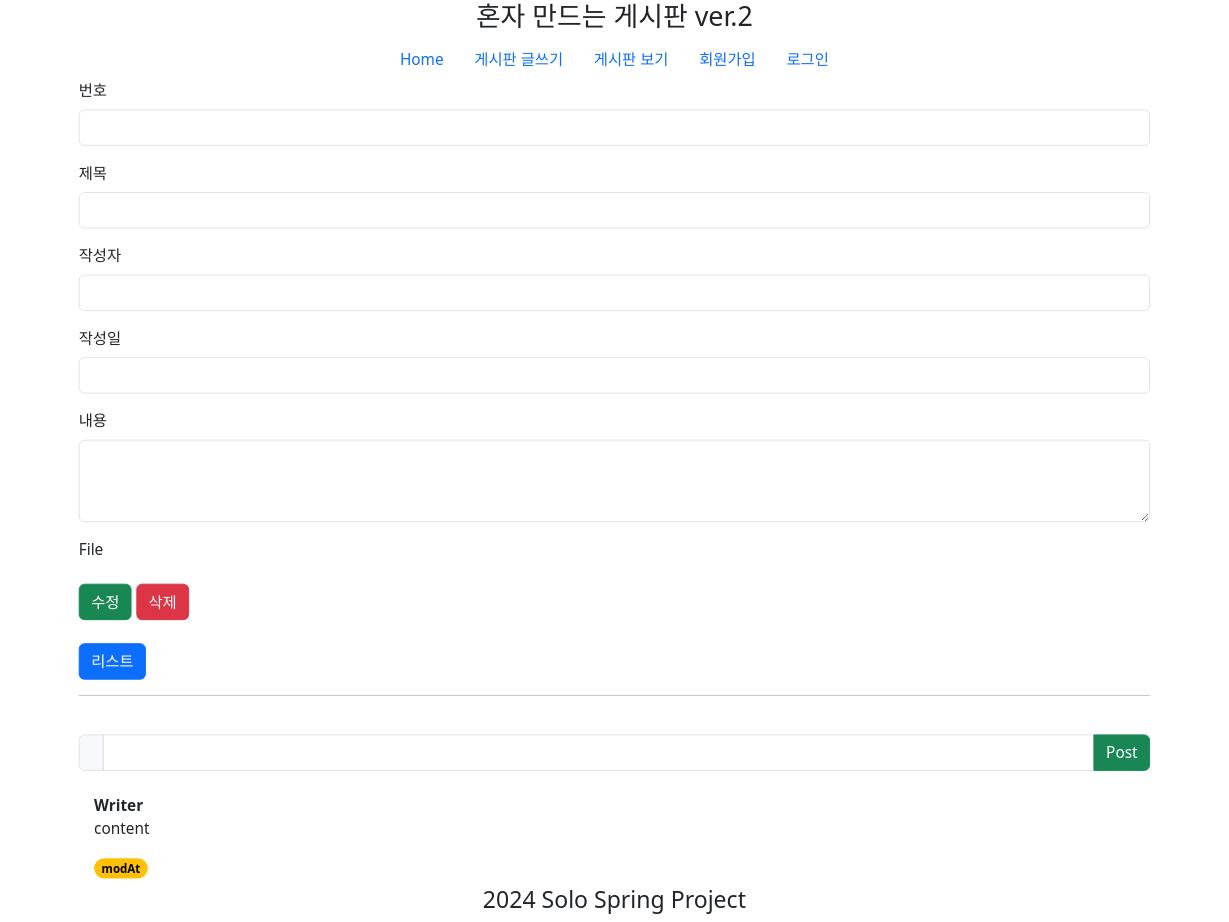
Repository: nefer2/Spring_test
Page: http://localhost/spring_test7/WEB-INF/views/board/detail.jsp
An editor plug-in stored every save of this project. The page is shown before and after the next save, followed by the edit.
The browser window is 1280 px wide. The pictures show the whole page, at 96% of full size.
The page is served by Tomcat 9. Nobody is signed in. Other server files are loaded and not shown. The template is opened directly, without the code that normally fills it, so the values that code supplies are empty.

Above is the page before, as saved 2024-01-18 05:37:49.

### spring_test7/src/main/webapp/WEB-INF/views/board/detail.jsp
<%@ page language="java" contentType="text/html; charset=UTF-8"
    pageEncoding="UTF-8"%>
<%@ taglib uri="http://java.sun.com/jsp/jstl/core" prefix="c" %>
<%@ taglib uri="http://java.sun.com/jsp/jstl/functions" prefix="fn" %>

<jsp:include page="../layout/header.jsp"></jsp:include>
<jsp:include page="../layout/navbar.jsp"></jsp:include>


<div class="container-md">
<c:set value="${bdto.bvo }" var="bvo"></c:set>
	<div class="mb-3">
	  <label for="Bno" class="form-label">번호</label>
	  <input type="text" name="Bno" class="form-control" id="Bno" value="${bvo.bno }" readonly="readonly">
	</div>

	<div class="mb-3">
	  <label for="title" class="form-label">제목</label>
	  <input type="text" name="title" class="form-control" id="title" value="${bvo.title }" readonly="readonly">
	</div>

	<div class="mb-3">
	  <label for="writer" class="form-label">작성자</label>
	  <input type="text" name="writer" class="form-control" id="writer" value="${bvo.writer }" readonly="readonly">
	</div>

	<div class="mb-3">
	  <label for="reg_date" class="form-label">작성일</label>
	  <span class="badge text-bg-primary">${bvo.readCount }</span>
	  <input type="text" name="reg_date" class="form-control" id="reg_date" value="${bvo.regAt  }" readonly="readonly">
	</div>

	<div class="mb-3">
	  <label for="content" class="form-label">내용</label>
	  <textarea name="content" class="form-control" id="content" rows="3" readonly="readonly">${bvo.content }</textarea>
	</div>

	<!-- file line -->
<c:set value="${bdto.flist }" var="flist"></c:set>
	<div class="mb-3">
	<label for="f" class="form-label">File</label>
	<ul class="list-group list-group-flush">
		<c:forEach items="${flist }" var="fvo">
    		<li class="list-group-item">
    			<c:choose>
    				<c:when test="${fvo.fileType == 1 }">
    					<div>
    						<img alt="" src="/upload/${fvo.saveDir }/${fvo.uuid}_th_${fvo.fileName}">
    					</div>
    				</c:when>
    				<c:otherwise>
    					<div>
    						<!-- 일반 파일 표시할 아이콘 -->
    						<a href="/upload/${fvo.saveDir }/${fvo.uuid}_${fvo.fileName}" download="${fvo.fileName }">
    						<svg xmlns="http://www.w3.org/2000/svg" width="30" height="30" fill="currentColor" class="bi bi-file-earmark-break" viewBox="0 0 16 16">
 							<path d="M14 4.5V9h-1V4.5h-2A1.5 1.5 0 0 1 9.5 3V1H4a1 1 0 0 0-1 1v7H2V2a2 2 0 0 1 2-2h5.5L14 4.5zM13 12h1v2a2 2 0 0 1-2 2H4a2 2 0 0 1-2-2v-2h1v2a1 1 0 0 0 1 1h8a1 1 0 0 0 1-1v-2zM.5 10a.5.5 0 0 0 0 1h15a.5.5 0 0 0 0-1H.5z"/>
							</svg>
							</a>
    					</div>
    				</c:otherwise>
    			</c:choose>
    			<div class="ms-2 me-auto">
    				<div class="fw-bold">${fvo.fileName }</div>
    				<span class="badge rounded-pill text-bg-secondary">${fvo.fileSize }Byte</span>
    			</div>
    		</li>
    	</c:forEach>
	</ul>

	</div>


<a href="/board/modify?bno=${bvo.bno }"><button type="button" class="btn btn-success"> 수정 </button></a>
<a href="/board/delete?bno=${bvo.bno }"><button type="button" class="btn btn-danger"> 삭제 </button></a>
<br>
<br>
<div>
<a href="/board/list"><button type="button" class="btn btn-primary"> 리스트 </button></a>
</div>
<hr>
<br>

<!-- 댓글라인 -->
<div class="input-group mb-3">
	<span class="input-group-text" id="cmtWriter">${bvo.writer }</span>
	<input type="text" class="form-control" id="cmtText" aria-label="Amount (to the nearest dollar)">
	<button type="button" class="btn btn-success" id="cmtPostBtn">Post</button>
</div>
<!-- 댓글 표시 라인 -->
<ul class="list-group list-group-flush" id="cmtListArea">
	<li class="list-group-item">
		<div class="mb-3">
			<div class="fw-bold">Writer	</div>
			content
		</div>
			<span class="badge rounded-pill text-bg-warning">modAt</span>
		</li>
	</ul>












</div>


<script type="text/javascript">
let bnoVal = `<c:out value="${bdto.bvo.bno}" />`;
console.log(bnoVal);
</script>



<jsp:include page="../layout/footer.jsp"></jsp:include>

### spring_test7/src/main/webapp/WEB-INF/views/layout/header.jsp
<%@ page language="java" contentType="text/html; charset=UTF-8"
    pageEncoding="UTF-8"%>
<!DOCTYPE html>
<html>
<head>
<h3 style="text-align: center;">혼자 만드는 게시판 ver.2</h3>
</head>

### spring_test7/src/main/webapp/WEB-INF/views/layout/navbar.jsp
<%@ page language="java" contentType="text/html; charset=UTF-8"
    pageEncoding="UTF-8"%>


<script src="https://cdn.jsdelivr.net/npm/bootstrap@5.3.1/dist/js/bootstrap.bundle.min.js" integrity="sha384-HwwvtgBNo3bZJJLYd8oVXjrBZt8cqVSpeBNS5n7C8IVInixGAoxmnlMuBnhbgrkm" crossorigin="anonymous"></script>
<link href="https://cdn.jsdelivr.net/npm/bootstrap@5.3.1/dist/css/bootstrap.min.css" rel="stylesheet" integrity="sha384-4bw+/aepP/YC94hEpVNVgiZdgIC5+VKNBQNGCHeKRQN+PtmoHDEXuppvnDJzQIu9" crossorigin="anonymous">


<ul class="nav justify-content-center">

  <li class="nav-item">
    <a class="nav-link active" aria-current="page" href="/">Home</a>
  </li>
  <li class="nav-item">
    <a class="nav-link" href="/board/register">게시판 글쓰기</a>
  </li>
  <li class="nav-item">
    <a class="nav-link" href="/board/list">게시판 보기</a>
  </li>
    <li class="nav-item">
    <a class="nav-link" href="#">회원가입</a>
  </li>
    <li class="nav-item">
    <a class="nav-link" href="#">로그인</a>
  </li>
</ul>

### spring_test7/src/main/webapp/WEB-INF/views/layout/footer.jsp
<%@ page language="java" contentType="text/html; charset=UTF-8"
    pageEncoding="UTF-8"%>




<div><h4 style="text-align: center;">2024 Solo Spring Project</h4></div>

</body>
</html>

After the next save:
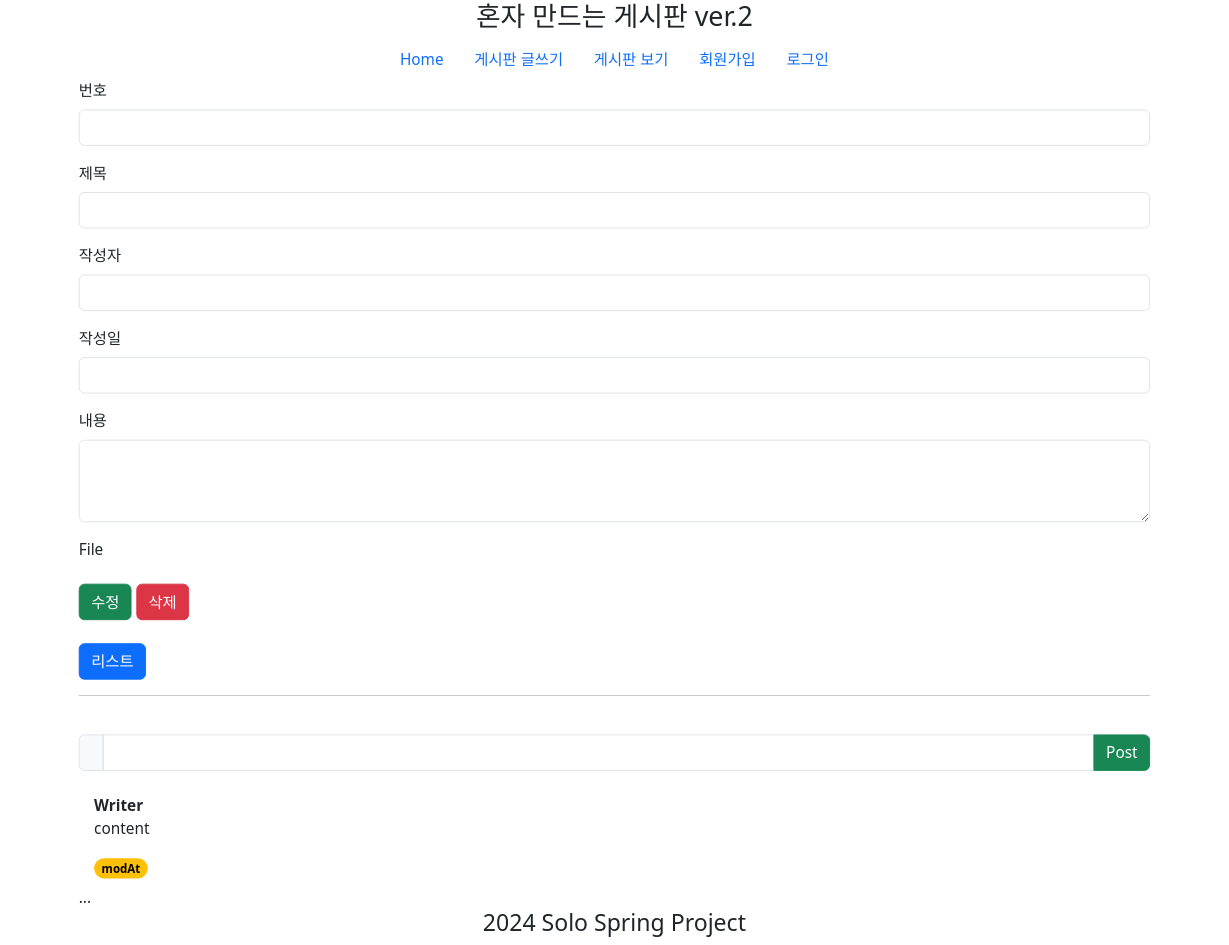
Saved 107 s later.
--- a/spring_test7/src/main/webapp/WEB-INF/views/board/detail.jsp
+++ b/spring_test7/src/main/webapp/WEB-INF/views/board/detail.jsp
@@ -98,7 +98,9 @@
 	</ul>
 
 
-
+<div class="modal-dialog modal-dialog-centered">
+  ...
+</div>
 
 
 
